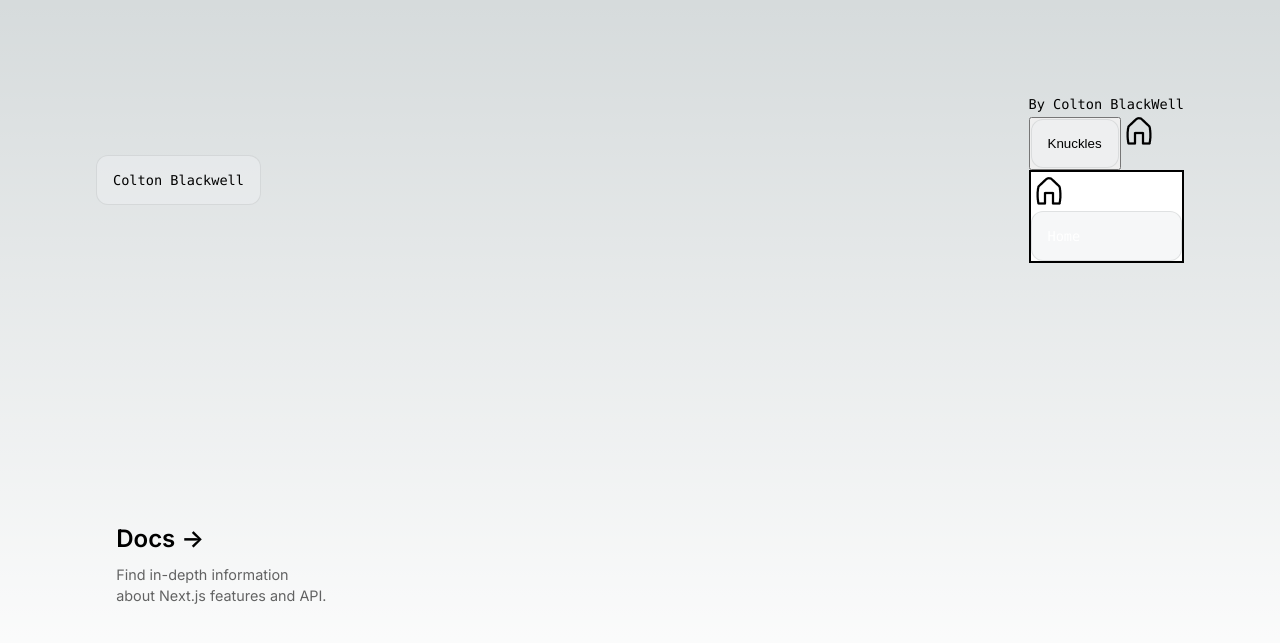
Repository: coltonBlackwell/Music_Quiz
Page: /
An editor plug-in stored every save of this project. The page is shown before and after the next save, followed by the edit.
The browser window is 1280 px wide. The pictures show the whole page.
The project was rebuilt for these pictures with package versions that can differ from the ones it lists, and the page was loaded fresh each time. The framework's server and built-in components were replaced by stand-ins that run in the browser. Also part of the build but not shown: next.config.mjs.

Above is the page before, as saved 2024-06-30 14:31:45.

After the next save:
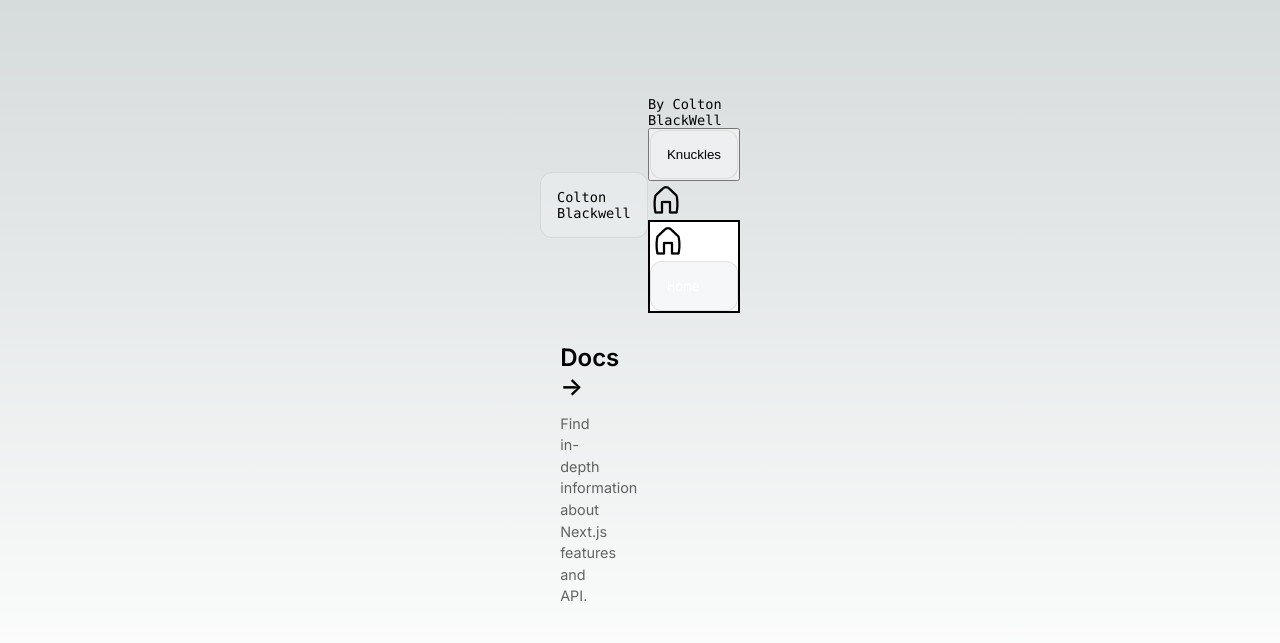
Saved 5 s later.
--- a/src/app/globals.css
+++ b/src/app/globals.css
@@ -1,5 +1,5 @@
 :root {
-  --max-width: 1900px;
+  --max-width: 200px;
   --border-radius: 12px;
   --font-mono: ui-monospace, Menlo, Monaco, "Cascadia Mono", "Segoe UI Mono",
     "Roboto Mono", "Oxygen Mono", "Ubuntu Monospace", "Source Code Pro",

After the save that followed:
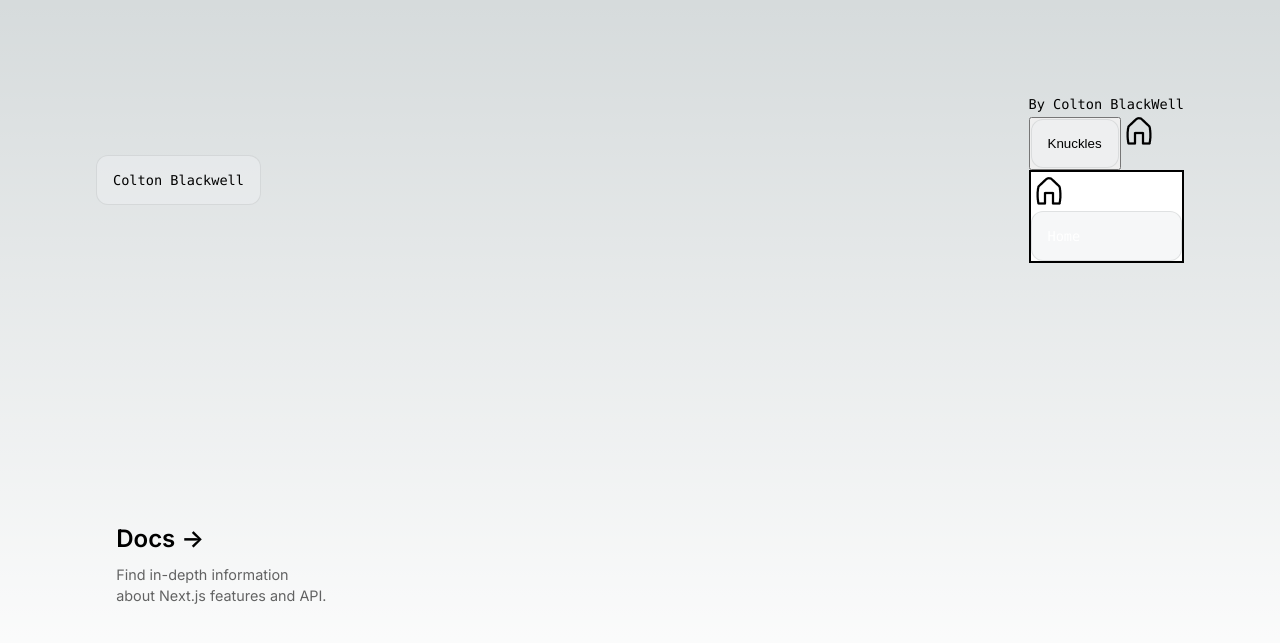
Saved 5 s later.
--- a/src/app/globals.css
+++ b/src/app/globals.css
@@ -1,5 +1,5 @@
 :root {
-  --max-width: 200px;
+  --max-width: 1900px;
   --border-radius: 12px;
   --font-mono: ui-monospace, Menlo, Monaco, "Cascadia Mono", "Segoe UI Mono",
     "Roboto Mono", "Oxygen Mono", "Ubuntu Monospace", "Source Code Pro",
